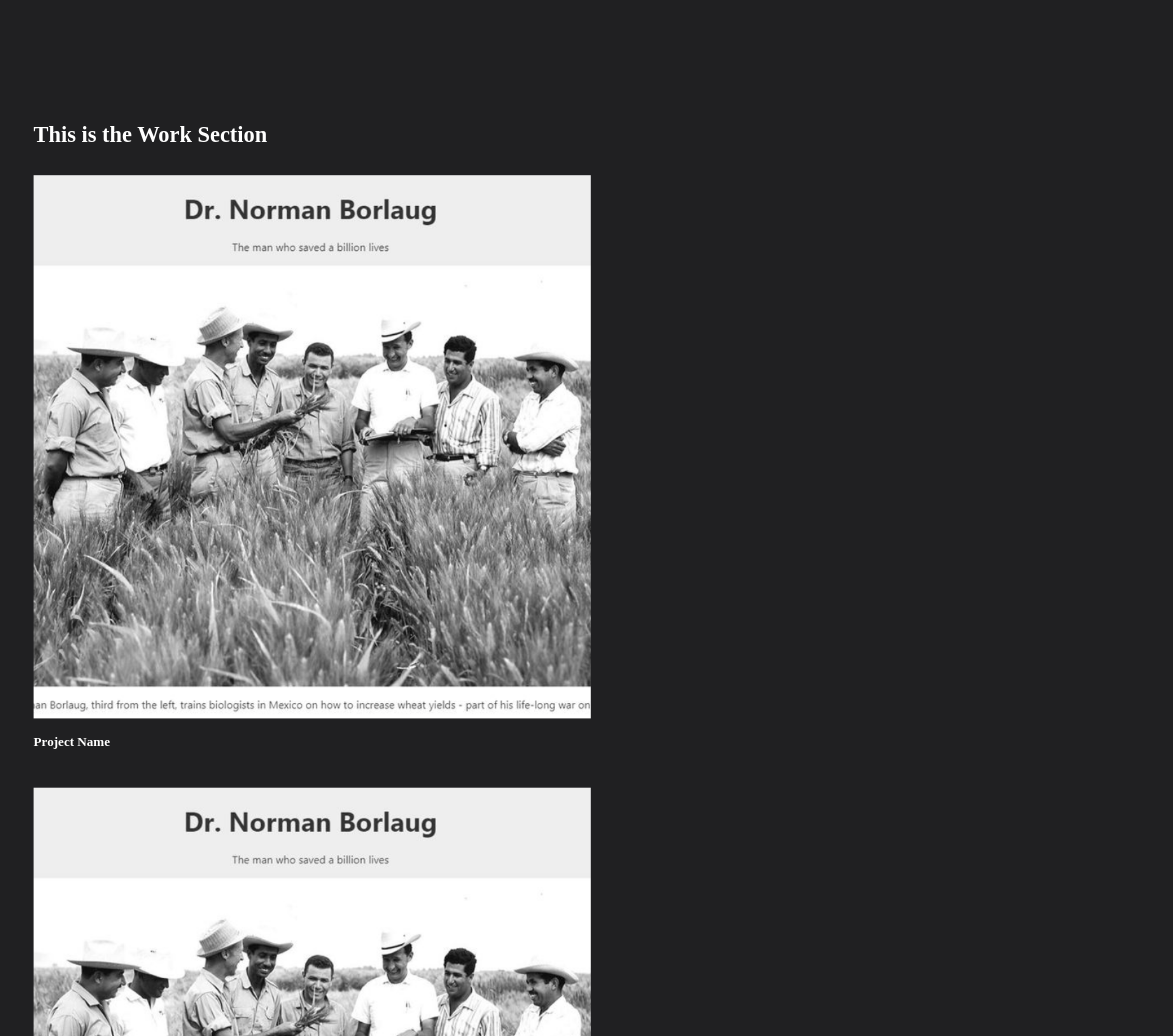
Repository: justicebhekani88/microverse_portfolio_project
Page: index.html
The author's editor kept a copy of each file at every save. The page is drawn from the files as they stood at one save, then again after the next save.
The browser window is 1280 px wide. The page is 1328 px wide, then 1676 px, so the pictures cover 1676 px, including what lies to the right of the window. The pictures show the part of the page from y = 916 to 2396 px (the page is 3840 px tall before and 2089 px after), at 70% of full size.

Above is the page before, as saved 2022-07-21 15:18:39.

After the next save:
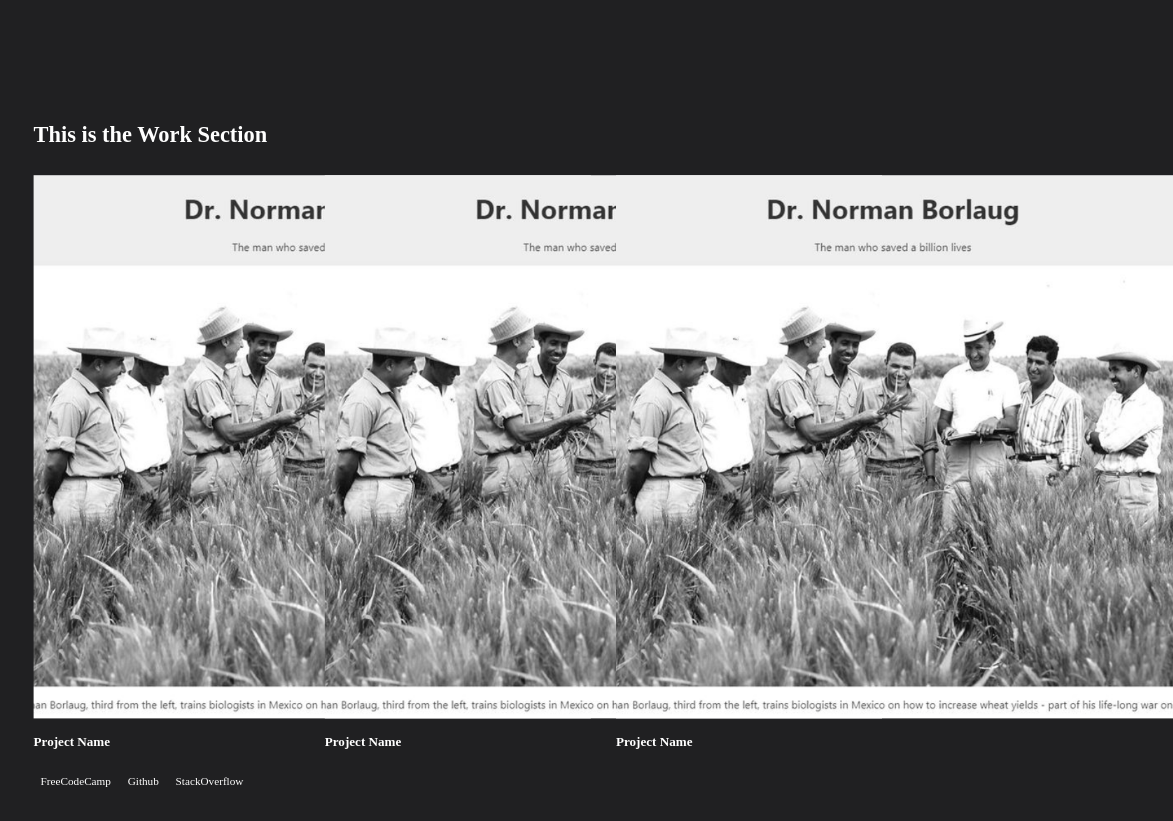
Saved 63 s later.
--- a/style.css
+++ b/style.css
@@ -51,8 +51,8 @@ h2 {
 
 #projects {
     display: grid;
-    grid-column: 3;
-    grid-row: 3;
+    grid-template-columns: repeat(auto-fit, minmax(320px, 1fr));
+    grid-gap: 4rem;
 }
 
 @media only screen and (min-width: 600px) {
